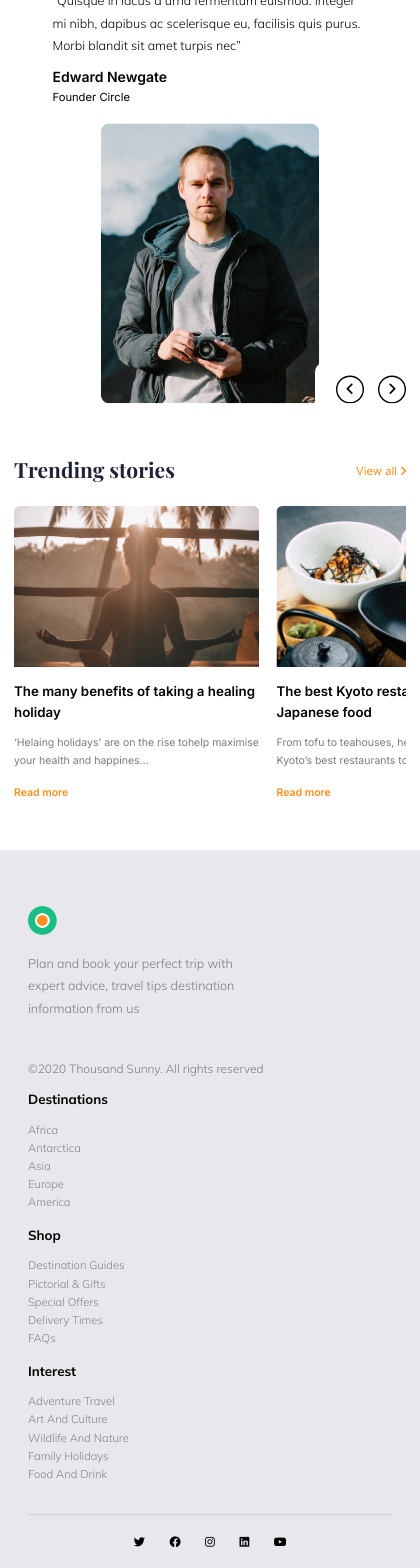
Repository: tranvinhluan/Explore---Travel
Page: index.html
An editor plug-in stored every save of this project. The page is shown before and after a run of saves, followed by the edit.
The browser window is 600 px wide. The pictures show the part of the page from y = 3659 to 5899 px (the page is 5899 px tall before and 5869 px after), at 70% of full size.
The style sheet was rebuilt from its Sass, Less or Tailwind sources for each picture, by a compiler version that may differ from the author's.

Above is the page before, as saved 2022-01-21 09:47:02.

After the next 2 saves:
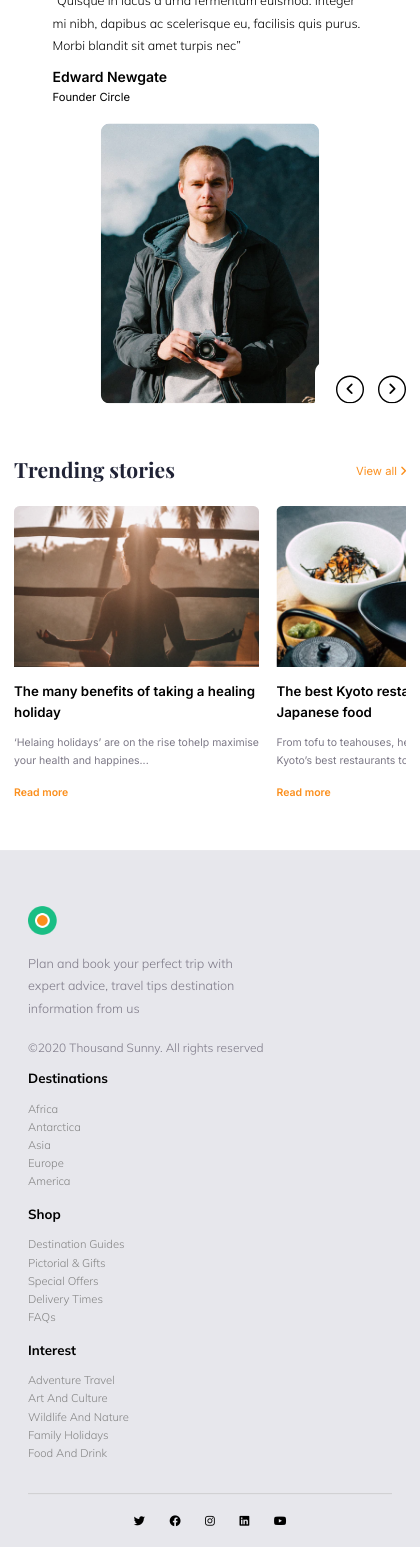
The 2 saves are shown as one change because they came seconds apart.
The last was saved 9 s later.
--- a/sass/_footer.scss
+++ b/sass/_footer.scss
@@ -56,7 +56,9 @@
       }
     }
     @media screen and (max-width: 767.98px) {
-      &
+      &-desc {
+        margin-bottom: 25px;
+      }
       &-column:first-child {
         display: block;
       }
